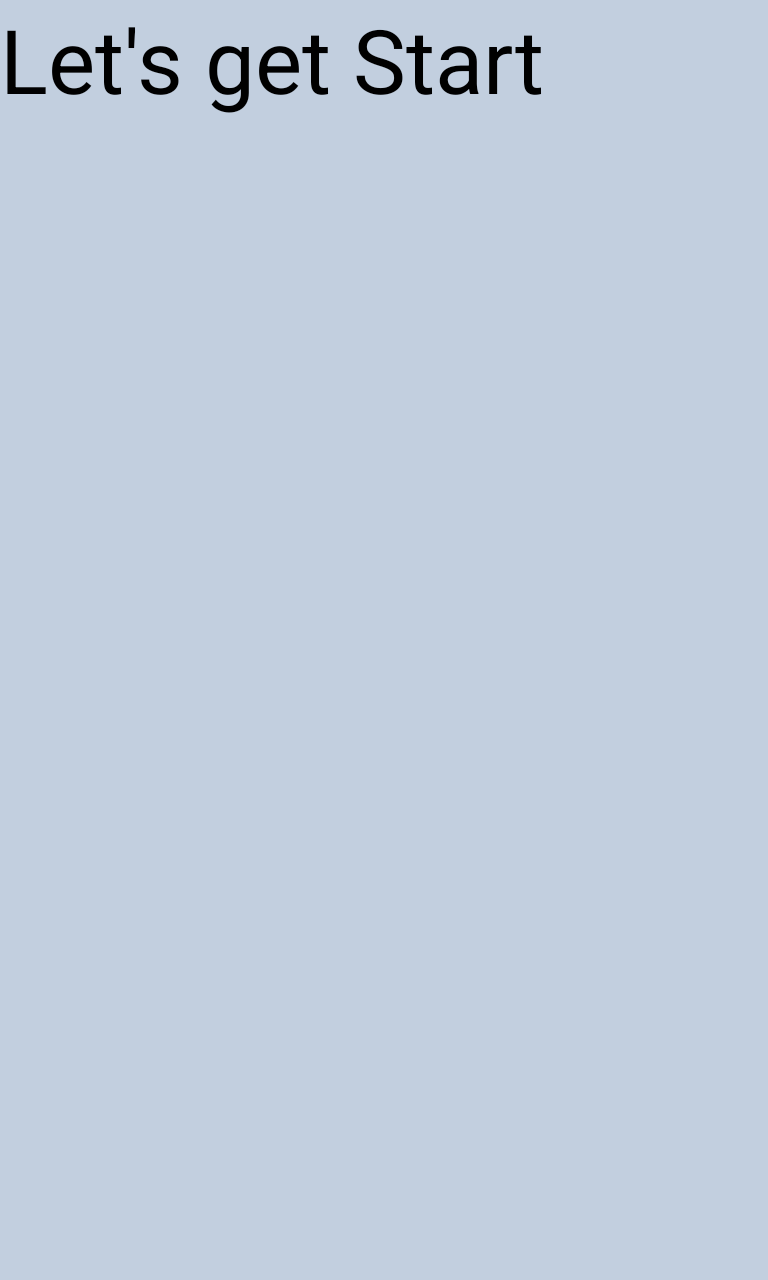
Repository: parinya1968/My-project
Layout: DroidWork/getBig/res/layout/profilemenu.xml
The author's editor kept a copy of each file at every save. The layout is drawn from the files as they stood at one save, then again after the next save.
It is drawn on a 768 x 1280 px phone screen (xhdpi) without system bars, with theme android:Theme.NoTitleBar.Fullscreen; the app's code is not run.

Above is the layout before, as saved 2012-06-20 03:03:52.

After the next save:
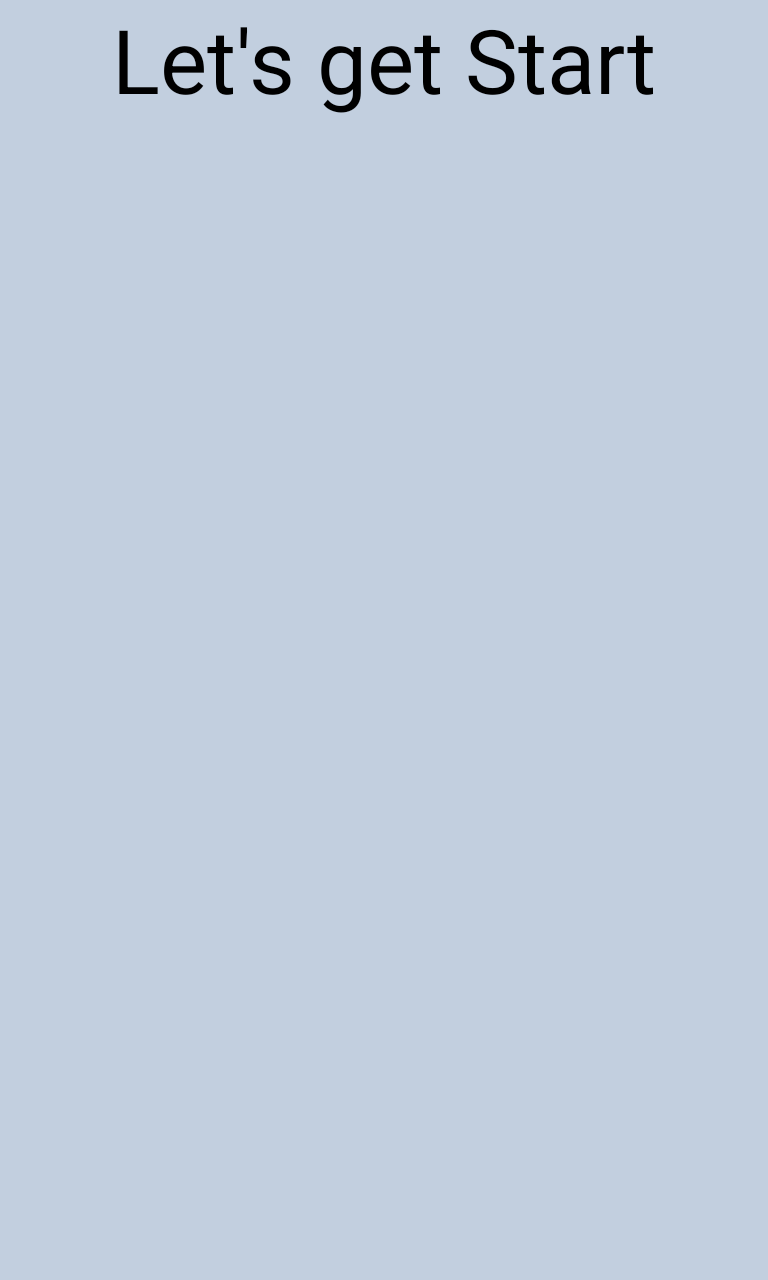
Saved 22 s later.
--- a/DroidWork/getBig/res/layout/profilemenu.xml
+++ b/DroidWork/getBig/res/layout/profilemenu.xml
@@ -3,14 +3,16 @@
     android:layout_width="fill_parent"
     android:layout_height="fill_parent"
     android:background="#C2CFDF"
-    android:orientation="horizontal" >
+    android:orientation="vertical" >
+
+
 
      <TextView
-        android:layout_width="wrap_content"
-        android:layout_height="wrap_content"
-        android:layout_gravity="center_horizontal"
-        android:text="Let's get Start"
-        android:textColor="#000000"
-        android:textSize="20pt" />
+         android:layout_width="wrap_content"
+         android:layout_height="wrap_content"
+         android:layout_gravity="center_horizontal"
+         android:text="Let&apos;s get Start"
+         android:textColor="#000000"
+         android:textSize="20pt" />
 
 </LinearLayout>
